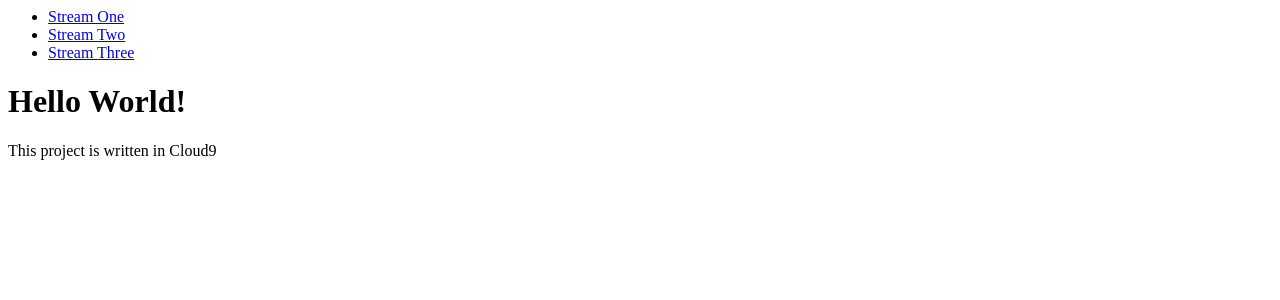
Repository: BrendanMolloy/my-first-website
Page: stream-one.html
The author's editor kept a record of every edit. The page is drawn from the files as they stood at one moment, then again after the next edit.
The browser window is 1280 px wide. The pictures show the whole page.

Above is the page before.

### stream-one.html
<html>
    <head>
        <title>Stream One</title>
    </head>
    <body>
        <nav>
            <ul>
                <li><a href="stream-one.html">Stream One</a></li>
                <li><a href="stream-two.html">Stream Two</a></li>
                <li><a href="stream-three.html">Stream Three</a></li>
            </ul>
        </nav>
        <h1>Hello World!</h1>
        <p>This project is written in Cloud9</p>
    </body>
</html>

After the next edit:
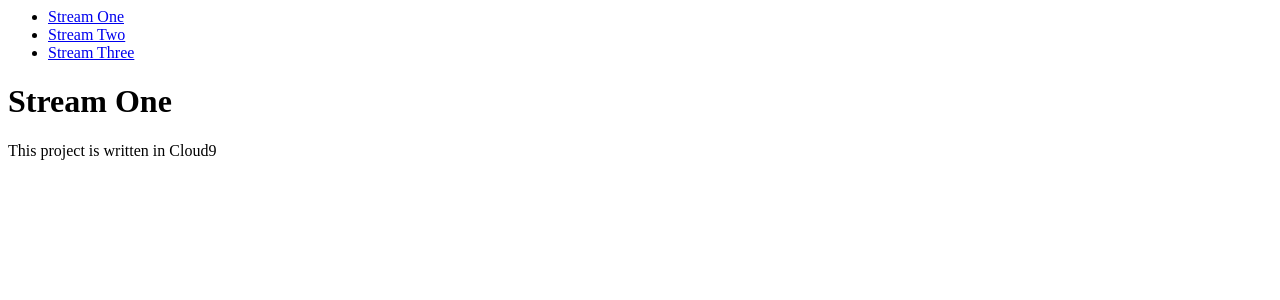
The edit:
--- a/stream-one.html
+++ b/stream-one.html
@@ -10,7 +10,7 @@
                 <li><a href="stream-three.html">Stream Three</a></li>
             </ul>
         </nav>
-        <h1>Hello World!</h1>
+        <h1>Stream One</h1>
         <p>This project is written in Cloud9</p>
     </body>
 </html>
